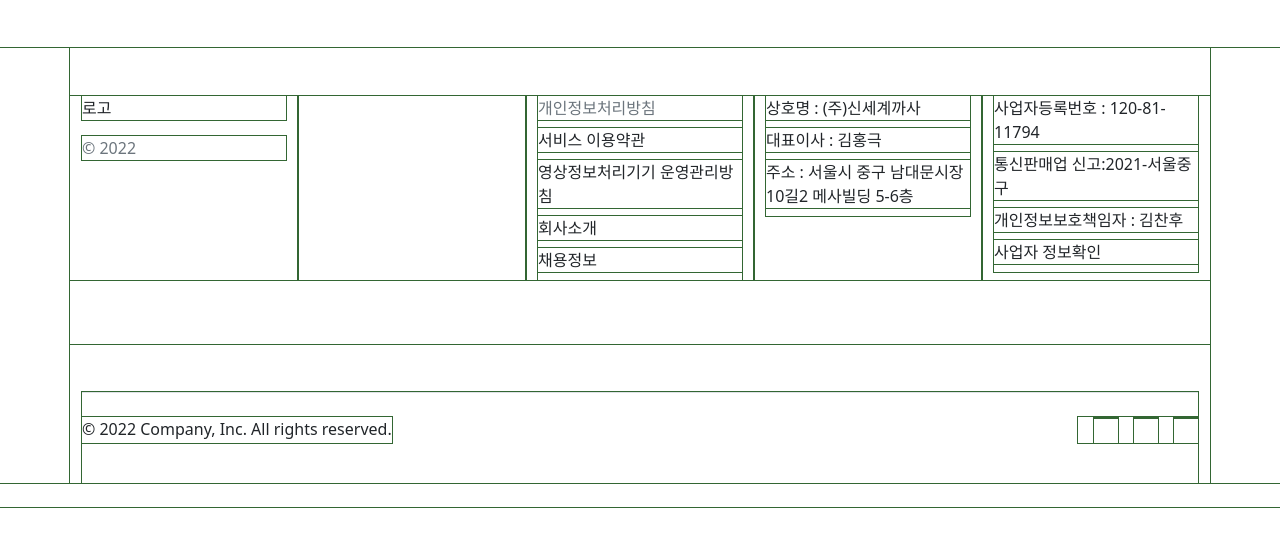
Repository: raoniee/Elice-House-Project
Page: FE/src/components/footer/footer.html
The author's editor kept a copy of each file at every save. The page is drawn from the files as they stood at one save, then again after the next save.
The browser window is 1280 px wide. The pictures show the whole page.

Above is the page before, as saved 2023-07-04 16:59:58.

After the next save:
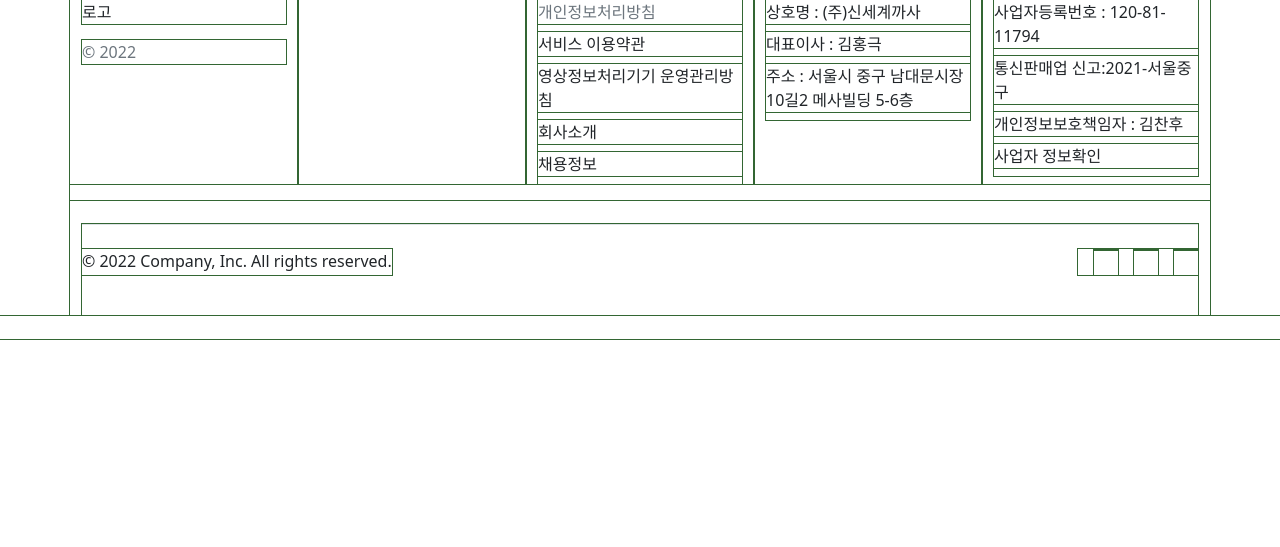
Saved 27 s later.
--- a/FE/src/components/footer/footer.html
+++ b/FE/src/components/footer/footer.html
@@ -19,7 +19,7 @@
   </head>
   <body>
     <div class="container">
-      <footer class="row row-cols-1 row-cols-sm-2 row-cols-md-5 py-5 my-5">
+      <footer class="row">
         <div class="col mb-3">
           <a
             href="/"

After the save that followed:
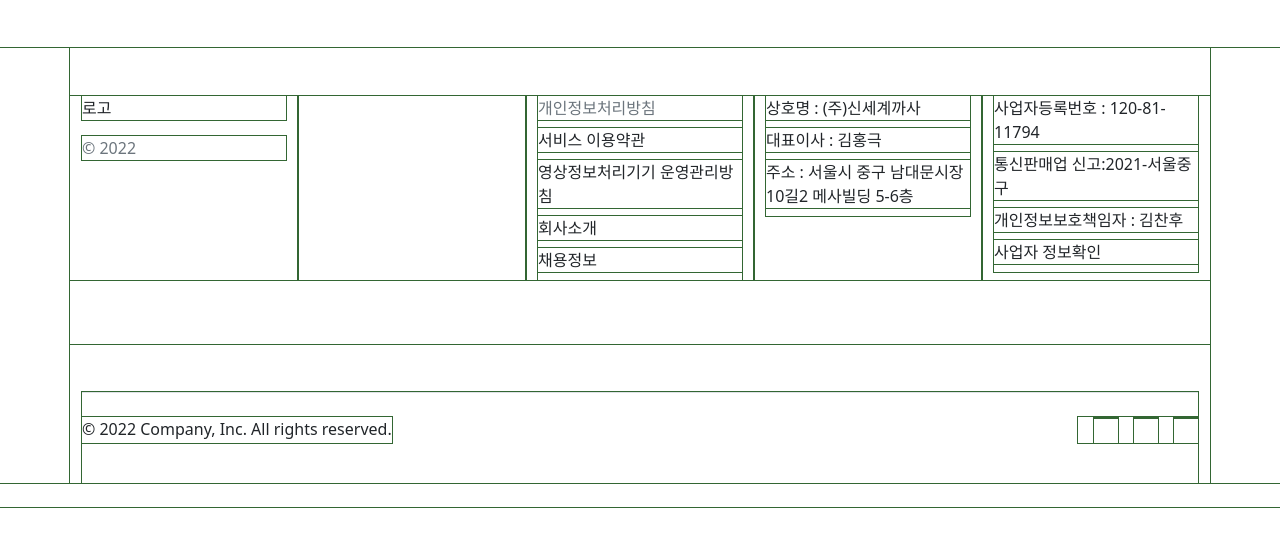
Saved 11 s later.
--- a/FE/src/components/footer/footer.html
+++ b/FE/src/components/footer/footer.html
@@ -19,7 +19,7 @@
   </head>
   <body>
     <div class="container">
-      <footer class="row">
+      <footer class="row py-5 my-5">
         <div class="col mb-3">
           <a
             href="/"
